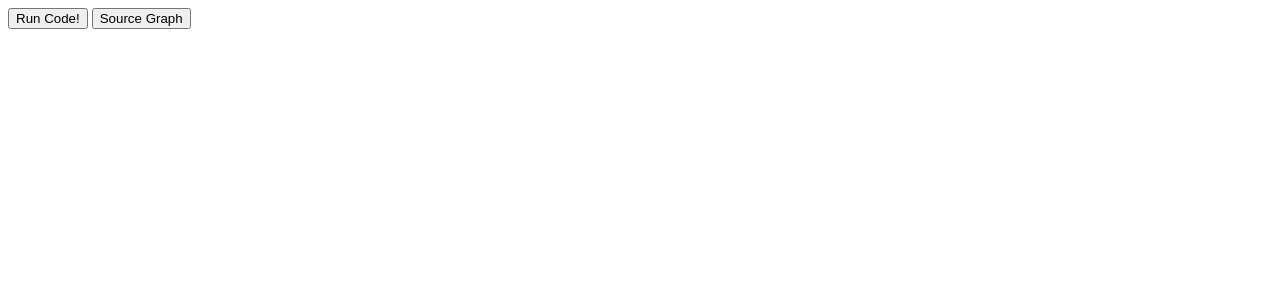
Repository: duckladydinh/customize
Page: popup.html
The author's editor kept a copy of each file at every save. The page is drawn from the files as they stood at one save, then again after the next save.
The browser window is 1280 px wide. The pictures show the whole page.

Above is the page before, as saved 2022-04-13 20:36:08.

### popup.html
<!DOCTYPE html>
<html>
  <head>
  </head>
  <body>
    <button id="runCode">Run Code!</button>
    <button id="Source Graph">Source Graph</button>
    <script src="popup.js"></script>
  </body>
</html>

### popup.js
document.getElementById("runCode").addEventListener('click', async () => {
    let [tab] = await chrome.tabs.query({ active: true, currentWindow: true });

    if (tab.url.includes("teamblind.com")) {
        chrome.scripting.executeScript({
            target: { tabId: tab.id },
            function: async () => {
                let sleep = (delay) => new Promise((resolve) => setTimeout(resolve, delay));

                let findViewMoreBtn = () => {
                    let buttons = [...document.getElementsByClassName("btn_more")].filter((btn) => btn.innerText.includes("+ View more comments..."));
                    if (buttons.length != 1) {
                        return null
                    }
                    return buttons[0]
                }

                console.log("Expanding comments...");
                let times = 0;
                while (true) {
                    let btn = findViewMoreBtn();
                    if (btn == null) {
                        break;
                    }
                    btn.click();
                    times += 1;
                    await sleep(2500);
                }
                console.log(`Finished expanding comments ${times} time(s)!`);
            },
        });
    } else {
        chrome.scripting.executeScript({
            target: { tabId: tab.id },
            function: async () => {
                console.log("This code is only active on teamblind.com.");
            },
        });
    }
});

After the next save:
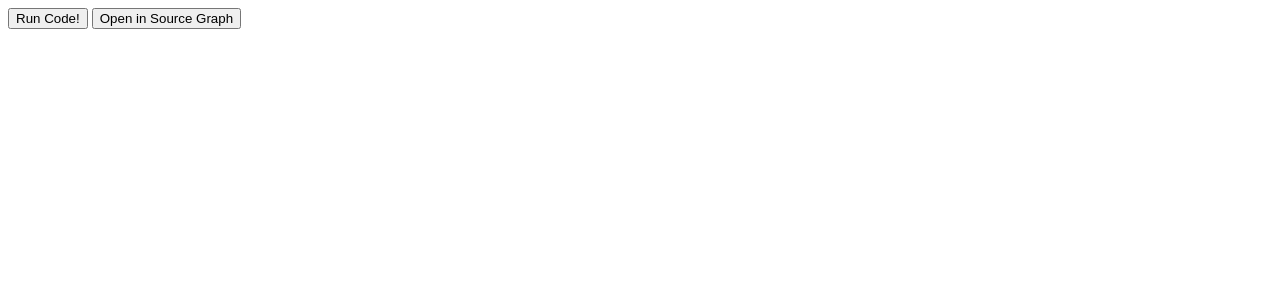
Saved 16 s later.
--- a/popup.html
+++ b/popup.html
@@ -4,7 +4,7 @@
   </head>
   <body>
     <button id="runCode">Run Code!</button>
-    <button id="Source Graph">Source Graph</button>
+    <button id="OpenInSourceGrap">Open in Source Graph</button>
     <script src="popup.js"></script>
   </body>
 </html>
